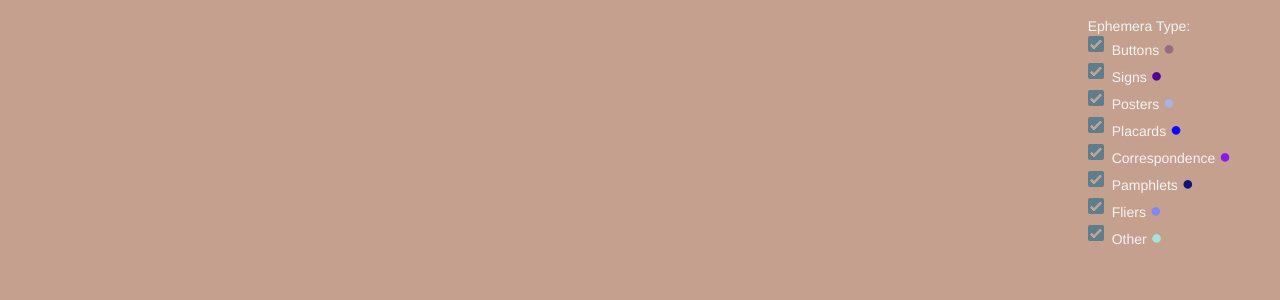
Repository: m0llyc00k/Major-studio-1
Page: Qualitative/examples-beeswarm/index-2.html
The author's editor kept a record of every edit. The page is drawn from the files as they stood at one moment, then again after the next edit.
The browser window is 1280 px wide. The pictures show the whole page.
The page's requests for data from a server got no answer.

Above is the page before.

### Qualitative/examples-beeswarm/index-2.html
<!DOCTYPE html>
<html>
<head>
    <title>Beeswarm Chart</title>
    <link rel="stylesheet" href="https://fonts.googleapis.com/icon?family=Material+Icons">
    <link rel="stylesheet" href="https://code.getmdl.io/1.3.0/material.blue_grey-amber.min.css" />
    <script defer src="https://code.getmdl.io/1.3.0/material.min.js"></script>
    <style type="text/css">

        body {
            width:100%;
            background-color: #C5A08E;
        }

      .grid-container {
          display: grid;
          grid-template-columns: 10fr 5fr;
          grid-gap: 10px;
          }


        .centered {
            display: table;
            margin: 10px auto;

        }

        .checkboxes {
            /*width: 50%;*/
            /*float: right;*/
            padding: 20px;
            flex: 1;
        }

        .graph {
            /*width: 50%;*/
            /*float: left;*/
            margin: 0 auto;
            background-color: #C5A08E;
            padding:20px;

        }

        #checkboxes > * {
            font-size: 14px;
            color: #F3F3F3;
            padding-top: 3px;
            display: table;


        }



        .measure-group {
            display:grid;
        }

        .scale-group {
            padding-left: 40px;
            display:grid;
        }



        .measure, .scale {
        }

        svg {
        background-color: #C5A08E;

        }

        .cells path {
            fill: none;
            pointer-events: all;
        }

        div.tooltip {
            position: fixed;
            text-align: left;
            color: white;
            white-space: normal;
            padding: 8px;
            font-size: 14px;
            background: rgb(96,125,139);
            border: 1px solid rgb(96,125,139);
            border-radius: 2px;
            pointer-events: none;
            cursor: pointer;
        }

        .axis path,
        .axis line {
            fill: none;
            stroke: rgb(96,125,139);
            shape-rendering: optimizeSpeed;
        }

        .axis text {
            font: 15px sans-serif;
            color: #F3F3F3;

        }

        .typeSort {}








    </style>
</head>

<body>
    <div class="grid-container">
<div id="svganchor" class="graph centered">
</div>

<div id="checkboxes" class="centered">
    <span style="position:relative; top: 3px">Ephemera Type:&nbsp;&nbsp;</span>
    <label class="mdl-checkbox mdl-js-checkbox mdl-js-ripple-effect">
        <input type="checkbox" value="buttons" class="mdl-checkbox__input typeSort" checked="">Buttons
        <span class="mdl-checkbox__label" id="buttonsColor" style="font-size: 20px; color: #936C85;">&#9679;&nbsp;&nbsp;</span>
    </label>
    <label class="mdl-checkbox mdl-js-checkbox mdl-js-ripple-effect">
        <input type="checkbox" value="signs" class="mdl-checkbox__input typeSort" checked="">Signs
        <span class="mdl-checkbox__label" id="signsColor" style="font-size: 20px; color: #530094;">&#9679;&nbsp;&nbsp;</span>
    </label>
    <label class="mdl-checkbox mdl-js-checkbox mdl-js-ripple-effect">
        <input type="checkbox" value="posters" class="mdl-checkbox__input typeSort" checked="">Posters
        <span class="mdl-checkbox__label" id="postersColor" style="font-size: 20px; color: #A8B1E1;">&#9679;&nbsp;&nbsp;</span>
    </label>
    <label class="mdl-checkbox mdl-js-checkbox mdl-js-ripple-effect">
        <input type="checkbox" value="placards" class="mdl-checkbox__input typeSort" checked="">Placards
        <span class="mdl-checkbox__label" id="placardsColor" style="font-size: 20px; color: #0E09F8;">&#9679;&nbsp;&nbsp;</span>
    </label>
    <label class="mdl-checkbox mdl-js-checkbox mdl-js-ripple-effect">
        <input type="checkbox" value="correspondence" class="mdl-checkbox__input typeSort" checked="">Correspondence
        <span class="mdl-checkbox__label" id="correspondenceColor" style="font-size: 20px; color: #8C19E7;">&#9679;&nbsp;&nbsp;</span>
    </label>
    <label class="mdl-checkbox mdl-js-checkbox mdl-js-ripple-effect">
        <input type="checkbox" value="pamphlets" class="mdl-checkbox__input typeSort" checked="">Pamphlets
        <span class="mdl-checkbox__label" id="pamphletsColor" style="font-size: 20px; color: #12107A;">&#9679;&nbsp;&nbsp;</span>
    </label>
        <label class="mdl-checkbox mdl-js-checkbox mdl-js-ripple-effect">
        <input type="checkbox" value="fliers" class="mdl-checkbox__input typeSort" checked="">Fliers
        <span class="mdl-checkbox__label" id="fliersColor" style="font-size: 20px; color: #8387F5;">&#9679;&nbsp;&nbsp;</span>
    </label>
        <label class="mdl-checkbox mdl-js-checkbox mdl-js-ripple-effect">
        <input type="checkbox" value="other" class="mdl-checkbox__input typeSort" checked="">Other
        <span class="mdl-checkbox__label" id="otherColor" style="font-size: 20px; color: #A8E1D8;">&#9679;&nbsp;&nbsp;</span>
    </label>
</div>
</div>


</body>

<script src = "https://d3js.org/d3.v5.min.js"></script>
<script src = "beeswarm-2.js"></script>

</html>

### Qualitative/examples-beeswarm/beeswarm-2.js
let height = 450;
let width = 1000;
let margin = ({top: 0, right: 40, bottom: 34, left: 40});
let allDates = [];

// Data structure describing chart scales
let Scales = {
    lin: "scaleLinear",
    log: "scaleLog"
};

// Data structure describing volume of displayed data
let Count = {
    dateSort: "dateSort",
};

// Data structure describing legend fields value
let Legend = {
    dateSort: "dateSort",
};

let chartState = {};

chartState.measure = Count.dateSort;
chartState.scale = Scales.lin;
chartState.legend = Legend.dateSort;


// Colors used for circles depending on typeSort
let colors = d3.scaleOrdinal()
    .domain(["buttons", "signs", "posters", "placards", "correspondence", "pamphlets", "fliers", "other"])
    .range(['#936C85','#530094','#A8B1E1','#0E09F8','#8C19E7','#12107A', '#8387F5', '#A8E1D8']);

d3.select("#buttonsColor").style("color", colors("buttons"));
d3.select("#signsColor").style("color", colors("signs"));
d3.select("#postersColor").style("color", colors("posters"));
d3.select("#placardsColor").style("color", colors("placards"));
d3.select("#correspondenceColor").style("color", colors("correspondence"));
d3.select("#pamphletsColor").style("color", colors("pamphlets"));
d3.select("#fliersColor").style("color", colors("fliers"));
d3.select("#otherColor").style("color", colors("other"));


let svg = d3.select("#svganchor")
    .append("svg")
    .attr("width", width)
    .attr("height", height);

let xScale = d3.scaleLinear()
    .domain(allDates.map(d => d.dateSort))
    .range([margin.left, width - margin.right])

svg.append("g")
    .attr("class", "x axis")
    .attr("transform", "translate(0," + (height - margin.bottom) + ")");

// Create line that connects circle and X axis
let xLine = svg.append("line")
    .attr("stroke", "rgb(96,125,139)")
    .attr("stroke-dasharray", "3,4")
    .attr("stroke-width", "2");

// Create tooltip div and make it invisible
let tooltip = d3.select("#svganchor").append("div")
    .attr("class", "tooltip")
    .style("opacity", 0);

// Load and process data
d3.csv("https://raw.githubusercontent.com/m0llyc00k/major-studio-1/main/Qualitative/examples-beeswarm/beeswarm-data-new-Images.csv").then(function (data) {

    let dataSet = data;

    redraw();



    // Trigger filter function whenever checkbox is ticked/unticked
    d3.selectAll("input").on("change", filter);

    function redraw() {

        // Set scale type based on button clicked
        if (chartState.scale === Scales.lin) {
            xScale = d3.scaleLinear().range([ margin.left, width - margin.right ])
        }

        if (chartState.scale === Scales.log) {
            xScale = d3.scaleLog().range([ margin.left, width - margin.right ]);
        }

        xScale.domain(d3.extent(dataSet, function(d) {
            return +d[chartState.measure];
        }));

//set x axis
           let xAxis = d3.axisBottom(xScale)
                .ticks(12, ".0f");


        d3.transition(svg).select(".x.axis")
            .transition()
            .duration(1000)
            .call(xAxis);

        // Create simulation with specified dataset
        let simulation = d3.forceSimulation(dataSet)
            // Apply positioning force to push nodes towards desired position along X axis
            .force("x", d3.forceX(function(d) {
                // Mapping of values from date/perCapita column of dataset to range of SVG chart (<margin.left, margin.right>)
                return xScale(+d[chartState.measure]);  // This is the desired position
            }).strength(8))  // Increase velocity
            .force("y", d3.forceY((height / 2) - margin.bottom))  // // Apply positioning force to push nodes towards center along Y axis
            .force("collide", d3.forceCollide(10)) // Apply collision force with radius of 9 - keeps nodes centers 9 pixels apart
            .stop();  // Stop simulation from starting automatically

        // Manually run simulation
        for (let i = 0; i < dataSet.length; ++i) {
            simulation.tick(5);
        }

        // Create ephemera circles
        let titleCircles = svg.selectAll(".title")
            .data(dataSet, function(d) { return d.title });

        titleCircles.exit()
            .transition()
            .duration(1000)
            .attr("cx", 0)
            .attr("cy", (height / 2) - margin.bottom / 2)
            .remove();

        titleCircles.enter()
            .append("circle")
            .attr("class", "title")
            .attr("cx", width - margin.right)
            .attr("cy", (height) - margin.bottom)
            .attr("r", 10)
            .attr("stroke", "#F3F3F3")
            .attr("stroke-width", .5)
            .attr("fill", function(d){ return colors(d.typeSort)})
            .merge(titleCircles)
            .transition()
            .duration(2000)
            .attr("cx", function(d) { return d.x; })
            .attr("cy", function(d) { return d.y; });

        // Show tooltip when hovering over circle (data for respective country)
        d3.selectAll(".title").on("mousemove", function(d) {
            tooltip.html(`<div id="textTooltip">
                          <strong>${d.title}</strong><br>
                          ${d.typeTrue}<br>
                          <strong>${d.dateTrue}</strong><br>
                          ${d.description} <br>
                          </div>
                          <div id="imageTooltip" float:right>
                          <img src="${d.primaryImage}" alt="image here">
                          </div>
                          `)
                .style('top', d3.event.pageY - 1 + 12 + 'px')
                .style('left', d3.event.pageX + 1 + 25 + 'px')
                .style("opacity", 0.9)





            xLine.attr("x1", d3.select(this).attr("cx"))
                .attr("y1", d3.select(this).attr("cy"))
                .attr("y2", (height - margin.bottom))
                .attr("x2",  d3.select(this).attr("cx"))
                .attr("opacity", 1);

        }).on("mouseout", function(_) {
            tooltip.style("opacity", 0);
            xLine.attr("opacity", 0);
        });

    }

    // Filter data based on which checkboxes are ticked
    function filter() {

        function getCheckedBoxes(checkboxName) {

            let checkboxes = d3.selectAll(checkboxName).nodes();
            let checkboxesChecked = [];
            for (let i = 0; i < checkboxes.length; i++) {
                if (checkboxes[i].checked) {
                    checkboxesChecked.push(checkboxes[i].defaultValue);
                }
            }
            return checkboxesChecked.length > 0 ? checkboxesChecked : null;
        }

        let checkedBoxes = getCheckedBoxes(".typeSort");

        let newData = [];

        if (checkedBoxes == null) {
            dataSet = newData;
            redraw();
            return;
        }

        for (let i = 0; i < checkedBoxes.length; i++){
            let newArray = data.filter(function(d) {
                return d.typeSort === checkedBoxes[i];
            });
            Array.prototype.push.apply(newData, newArray);
        }

        dataSet = newData;
        redraw();
    }

}).catch(function (error) {
    if (error) throw error;
});

After the next edit:
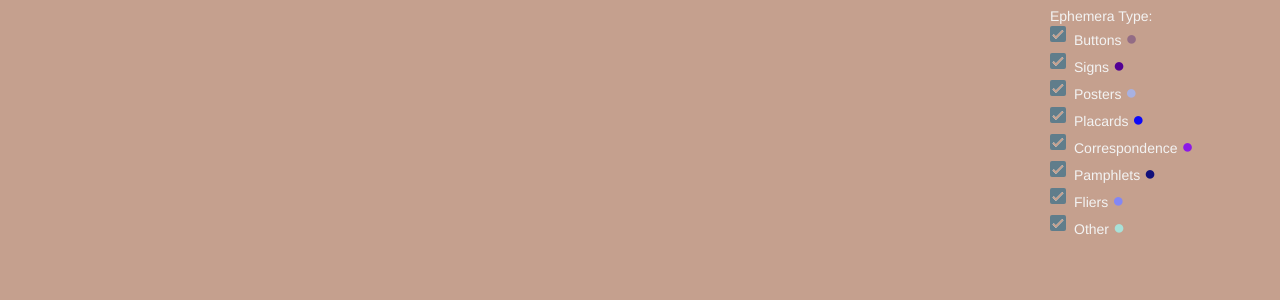
The edit:
--- a/Qualitative/examples-beeswarm/index-2.html
+++ b/Qualitative/examples-beeswarm/index-2.html
@@ -19,11 +19,11 @@
           }
 
 
-        .centered {
-            display: table;
-            margin: 10px auto;
+        /*.centered {*/
+        /*    display: table;*/
+        /*    margin: 10px auto;*/
 
-        }
+        /*}*/
 
         .checkboxes {
             /*width: 50%;*/
